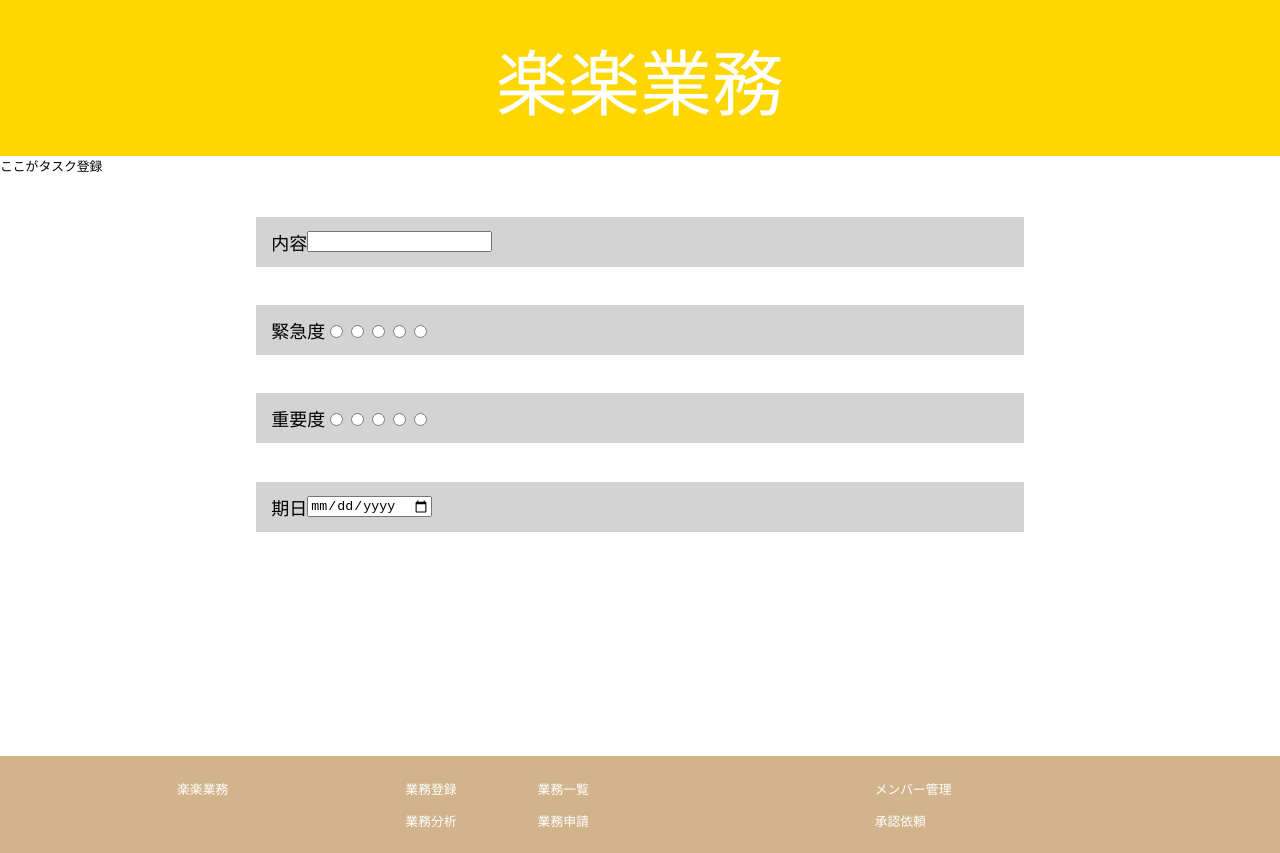
Repository: Reiya-1003/VueReplaceTask
Page: /#/register
These files come from the project's save history. The page is drawn as it stood at one moment and after the next save; the edit follows.
The browser window is 1280 px wide. The pictures show the whole page.
The project was rebuilt for these pictures with package versions that can differ from the ones it lists, and the page was loaded fresh each time. Also part of the build but not shown: vue.config.js, src/components/pages/PageHome.vue.

Above is the page before, as saved 2022-06-16 15:35:52.

### public/index.html
<!DOCTYPE html>
<html lang="">
  <head>
    <meta charset="utf-8">
    <meta http-equiv="X-UA-Compatible" content="IE=edge">
    <meta name="viewport" content="width=device-width,initial-scale=1.0">
    <link rel="icon" href="<%= BASE_URL %>favicon.ico">
    <link rel="stylesheet" href="style.css">
    <title><%= htmlWebpackPlugin.options.title %></title>
  </head>
  <body>
    <noscript>
      <strong>We're sorry but <%= htmlWebpackPlugin.options.title %> doesn't work properly without JavaScript enabled. Please enable it to continue.</strong>
    </noscript>
    <div id="app"></div>
    <!-- built files will be auto injected -->
  </body>
</html>

### src/main.js
import Vue from 'vue'
import App from './App.vue'
import router from './roter'

Vue.config.productionTip = false


new Vue({
  router,
  render: h => h(App),
}).$mount('#app')

### src/App.vue
<template>
  <div>
      <PageHeader />

        <!-- <PageHome /> -->
        <router-view />

      <PageFooter />
  </div>
</template>

<script>
import PageHeader from "./components/modules/PageHeader";
import PageFooter from "./components/modules/PageFooter";


export default {
  name: 'App',
  components: {
    PageHeader,
    PageFooter,


  },

}
</script>

<style>

</style>

### src/roter.js
import Vue from 'vue'
import VueRouter from 'vue-router'
import Home from '@/components/pages/PageHome.vue'
import Register from '@/components/pages/PageRegister.vue'




Vue.use(VueRouter)

export default new VueRouter({
  // デフォルトの挙動では URL に `#` が含まれる.
  // URL から hash を取り除くには `mode:history` を指定する
  // mode: 'history',
  base: __dirname,

  routes: [
    {
      path: '/',
      name: 'home',
      component: Home
    },
    {
      path: '/register',
      name: 'register',
      component: Register
    },



  ]

})

### src/components/modules/PageHeader.vue
<template>
  <header id="headerblock">

    <h1 id="title" ><router-link to="/" >楽楽業務</router-link></h1>


  </header>
</template>

<script>
export default {
  name: 'PageHeader',

}
</script>


<style lang="scss" type="text/css">
  #headerblock{
    height: 10%;
    width: 100%;
    background-color: #ffd700;
    h1{
      margin: 0;
      text-align: center;
      padding: 2%;
      color: white;
      font-size: 10vh;
      font-weight: normal;
      a{
      cursor: pointer;
      color: inherit;
      text-decoration: none;
    }
    }


  }
</style>

### src/components/modules/PageFooter.vue
<template>
  <div id="footblock">

    <div class="flexitem1">
      <p><router-link to="/" >楽楽業務</router-link></p>
    </div>
    <div class="flexitem2">
      <div>
        <!-- roter-linkになると思う -->
        <p><router-link to="/register">業務登録</router-link></p>
        <p>業務分析</p>
      </div>
      <div class="item">
        <p>業務一覧</p>
        <p>業務申請</p>
      </div>
    </div>
    <div class="flexitem3">
      <p>メンバー管理</p>
      <p>承認依頼</p>
    </div>


  </div>
</template>

<script>
export default {
  name: 'PageFooter',

}
</script>


<style lang="scss" type="text/css">
  #footblock{
    background-color: #d2b48c;
    color: white;
    display: flex;
    justify-content: space-around;

    .flexitem1{
      width: 100%;
      text-align: center;
      padding-top: 10px;
      padding-bottom: 10px;
      a{
      cursor: pointer;
      color: inherit;
      text-decoration: none;
      }
    }
    .flexitem2{
      width: 100%;
      display: flex;
      padding-top: 10px;
      padding-bottom: 10px;
      justify-content: flex-start;
      a{
      cursor: pointer;
      color: inherit;
      text-decoration: none;
      }
      .item{
        padding-left: 20%;
      }
    }
    .flexitem3{
      padding-top: 10px;
      padding-bottom: 10px;
      padding-left: 5%;
      width: 100%;
      a{
      cursor: pointer;
      color: inherit;
      text-decoration: none;
      }
    }
  }
</style>

### src/components/pages/PageRegister.vue
<template>
  <div style="height: 600px">
    <div>ここがタスク登録</div>

    <div class="listbox">
      <div class="listitem"><span>内容</span><input type="text"></div>
      <div class="listitem"><span>緊急度</span><input type="radio"><input type="radio"><input type="radio"><input type="radio"><input type="radio"></div>
      <div class="listitem"><span>重要度</span><input type="radio"><input type="radio"><input type="radio"><input type="radio"><input type="radio"></div>
      <div class="listitem"><span>期日</span><input type="date"></div>
    </div>

  </div>
</template>

<script>
export default {
  name: "PageRegister",
};
</script>

<style lang="scss" type="text/css">
.listbox {
  margin: 3px auto;
  height: 400px;
  width: 60%;
  display: flex;
  flex-direction: column;

  .listitem{
   height: 50px;
   display: flex;
   align-items: center;
   margin-top: 5%;
   background-color:lightgray;
   span{
     margin-left: 2%;
     font-size: large;
   }
  }




}
</style>

### public/style.css
body{
  margin: 0;
  font-size: 1vmax;
}

After the next save:
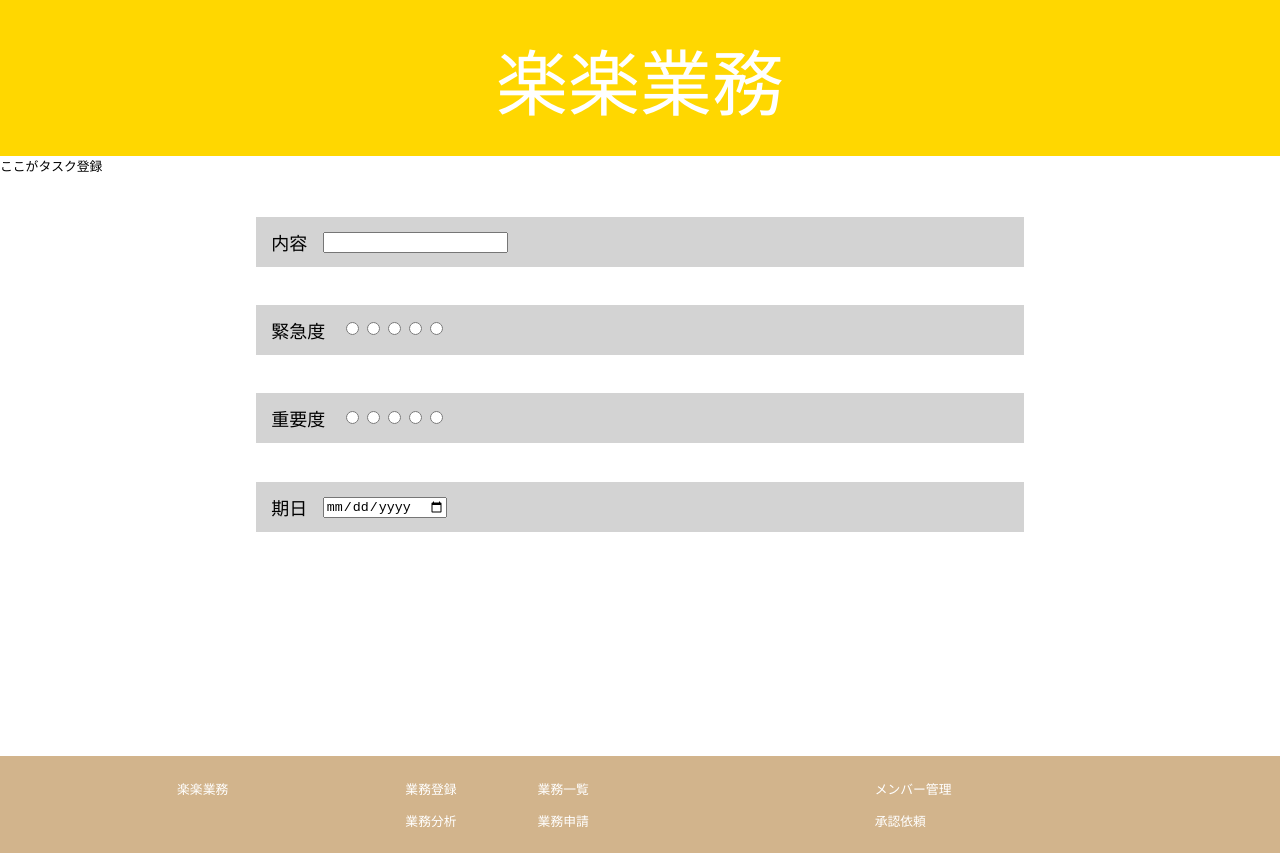
Saved 2 min 22 s later.
--- a/src/components/pages/PageRegister.vue
+++ b/src/components/pages/PageRegister.vue
@@ -3,10 +3,10 @@
     <div>ここがタスク登録</div>
 
     <div class="listbox">
-      <div class="listitem"><span>内容</span><input type="text"></div>
-      <div class="listitem"><span>緊急度</span><input type="radio"><input type="radio"><input type="radio"><input type="radio"><input type="radio"></div>
-      <div class="listitem"><span>重要度</span><input type="radio"><input type="radio"><input type="radio"><input type="radio"><input type="radio"></div>
-      <div class="listitem"><span>期日</span><input type="date"></div>
+      <div class="listitem"><span>内容</span><span><input type="text"></span></div>
+      <div class="listitem"><span>緊急度</span><span><input type="radio"><input type="radio"><input type="radio"><input type="radio"><input type="radio"></span></div>
+      <div class="listitem"><span>重要度</span><span><input type="radio"><input type="radio"><input type="radio"><input type="radio"><input type="radio"></span></div>
+      <div class="listitem"><span>期日</span><span><input type="date"></span></div>
     </div>
 
   </div>
